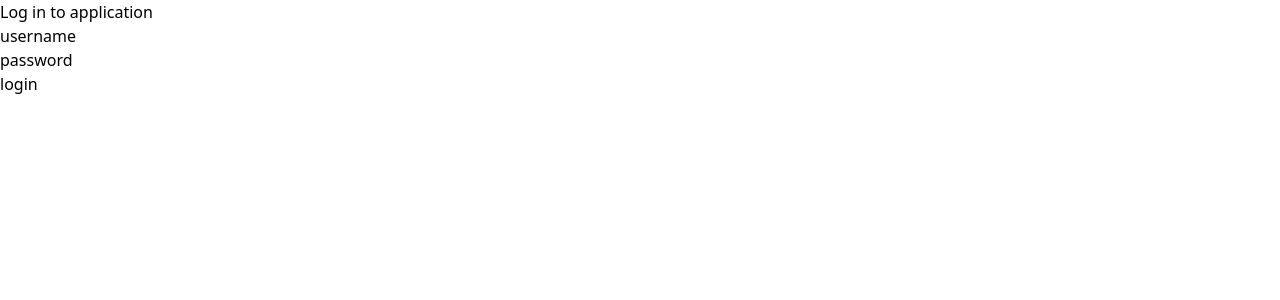
Repository: Anjana7732/part5
Page: / (app in bloglist-frontend/)
The author's editor kept a copy of each file at every save. The page is drawn from the files as they stood at one save, then again after the next save.
The browser window is 1280 px wide. The pictures show the whole page.
The page's requests for data from a server got no answer. The project was rebuilt for these pictures with package versions that can differ from the ones it lists, and the page was loaded fresh each time. No one was signed in, and anything a server would have sent is missing. Also part of the build but not shown: bloglist-frontend/src/components/Blog.jsx, bloglist-frontend/src/components/BlogForm.jsx, bloglist-frontend/src/components/Togglable.jsx, bloglist-frontend/src/components/Notification.jsx.

Above is the page before, as saved 2025-10-26 12:16:01.

### bloglist-frontend/src/main.jsx
import ReactDOM from 'react-dom/client'
import App from './App'
import './index.css'


ReactDOM.createRoot(document.getElementById('root')).render(<App />)

### bloglist-frontend/src/App.jsx
import { useState, useEffect, useRef } from 'react'
import Blog from './components/Blog'
import BlogForm from './components/BlogForm'
import Togglable from './components/Togglable'
import Notification from './components/Notification'
import loginService from './services/login'
import blogService from './services/blogs'

const App = () => {
  const [blogs, setBlogs] = useState([])
  const [username, setUsername] = useState('')
  const [password, setPassword] = useState('')
  const [user, setUser] = useState(null)
  const [message, setMessage] = useState(null)
  const blogFormRef = useRef()

  // Fetch all blogs on load
  useEffect(() => {
    blogService.getAll().then(blogs => setBlogs(blogs))
  }, [])

  // Keep login persistent
  useEffect(() => {
    const loggedUserJSON = window.localStorage.getItem('loggedBlogAppUser')
    if (loggedUserJSON) {
      const user = JSON.parse(loggedUserJSON)
      setUser(user)
      blogService.setToken(user.token)
    }
  }, [])

  // Helper: show notification
  const notify = (msg) => {
    setMessage(msg)
    setTimeout(() => setMessage(null), 5000)
  }

  // Handle login
  const handleLogin = async (event) => {
    event.preventDefault()
    try {
      const user = await loginService.login({ username, password })
      window.localStorage.setItem('loggedBlogAppUser', JSON.stringify(user))
      blogService.setToken(user.token)
      setUser(user)
      setUsername('')
      setPassword('')
      notify(`Welcome ${user.name}`)
    } catch (error) {
      notify('Wrong username or password')
    }
  }

  // Handle logout
  const handleLogout = () => {
    window.localStorage.removeItem('loggedBlogAppUser')
    setUser(null)
    notify('Logged out')
  }

  // Add new blog
  const addBlog = async (blogObject) => {
    try {
      const returnedBlog = await blogService.create(blogObject)
      setBlogs(blogs.concat(returnedBlog))
      notify(`A new blog "${returnedBlog.title}" by ${returnedBlog.author} added`)
      blogFormRef.current.toggleVisibility() // Hide form
    } catch (error) {
      notify('Failed to add blog')
    }
  }

  // Like a blog
  const handleLike = async (blog) => {
    const updatedBlog = {
      ...blog,
      likes: blog.likes + 1,
      user: blog.user.id || blog.user
    }
    const returnedBlog = await blogService.update(blog.id, updatedBlog)
    // Keep the user info so it doesn't disappear
    setBlogs(blogs.map(b => b.id !== blog.id ? b : { ...returnedBlog, user: blog.user }))
  }

  // Delete a blog
  const handleDelete = async (blog) => {
    const ok = window.confirm(`Remove blog "${blog.title}" by ${blog.author}?`)
    if (ok) {
      await blogService.remove(blog.id)
      setBlogs(blogs.filter(b => b.id !== blog.id))
      notify(`Deleted blog "${blog.title}"`)
    }
  }

  // If not logged in → show login form
  if (user === null) {
    return (
      <div>
        <h2>Log in to application</h2>
        <Notification message={message} />
        <form onSubmit={handleLogin}>
          <div>
            username
            <input
              value={username}
              onChange={({ target }) => setUsername(target.value)}
            />
          </div>
          <div>
            password
            <input
              type="password"
              value={password}
              onChange={({ target }) => setPassword(target.value)}
            />
          </div>
          <button type="submit">login</button>
        </form>
      </div>
    )
  }

  // If logged in → show blogs + form
  return (
    <div>
      <h2>blogs</h2>
      <Notification message={message} />
      <p>
        {user.name} logged in <button onClick={handleLogout}>logout</button>
      </p>

      <Togglable buttonLabel="create new blog" ref={blogFormRef}>
        <BlogForm createBlog={addBlog} />
      </Togglable>

      {blogs
        .sort((a, b) => b.likes - a.likes)
        .map(blog => (
          <Blog
            key={blog.id}
            blog={blog}
            handleLike={handleLike}
            handleDelete={handleDelete}
            user={user}
          />
        ))}
    </div>
  )
}

export default App

### bloglist-frontend/src/services/blogs.js
import axios from 'axios'
const baseUrl = '/api/blogs'

let token = null

const setToken = (newToken) => {
  token = `Bearer ${newToken}`
}

const getAll = async () => {
  const response = await axios.get(baseUrl)
  return response.data
}

const create = async (newObject) => {
  const config = { headers: { Authorization: token } }
  const response = await axios.post(baseUrl, newObject, config)
  return response.data
}

const update = async (id, updatedObject) => {
  const response = await axios.put(`${baseUrl}/${id}`, updatedObject)
  return response.data
}

const remove = async (id) => {
  const config = { headers: { Authorization: token } }
  const response = await axios.delete(`${baseUrl}/${id}`, config)
  return response.data
}

export default { getAll, create, update, remove, setToken }

Loaded but not shown: bloglist-frontend/src/index.css (common file); bloglist-frontend/src/services/login.js (common file); bloglist-frontend/tailwind.config.js (common file)

After the next save:
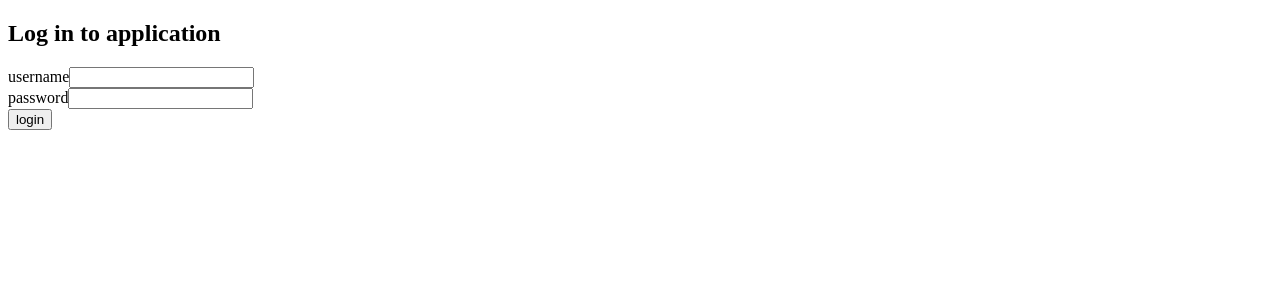
Saved 32 s later.
--- a/bloglist-frontend/src/main.jsx
+++ b/bloglist-frontend/src/main.jsx
@@ -1,6 +1,6 @@
 import ReactDOM from 'react-dom/client'
 import App from './App'
-import './index.css'
+
 
 
 ReactDOM.createRoot(document.getElementById('root')).render(<App />)
